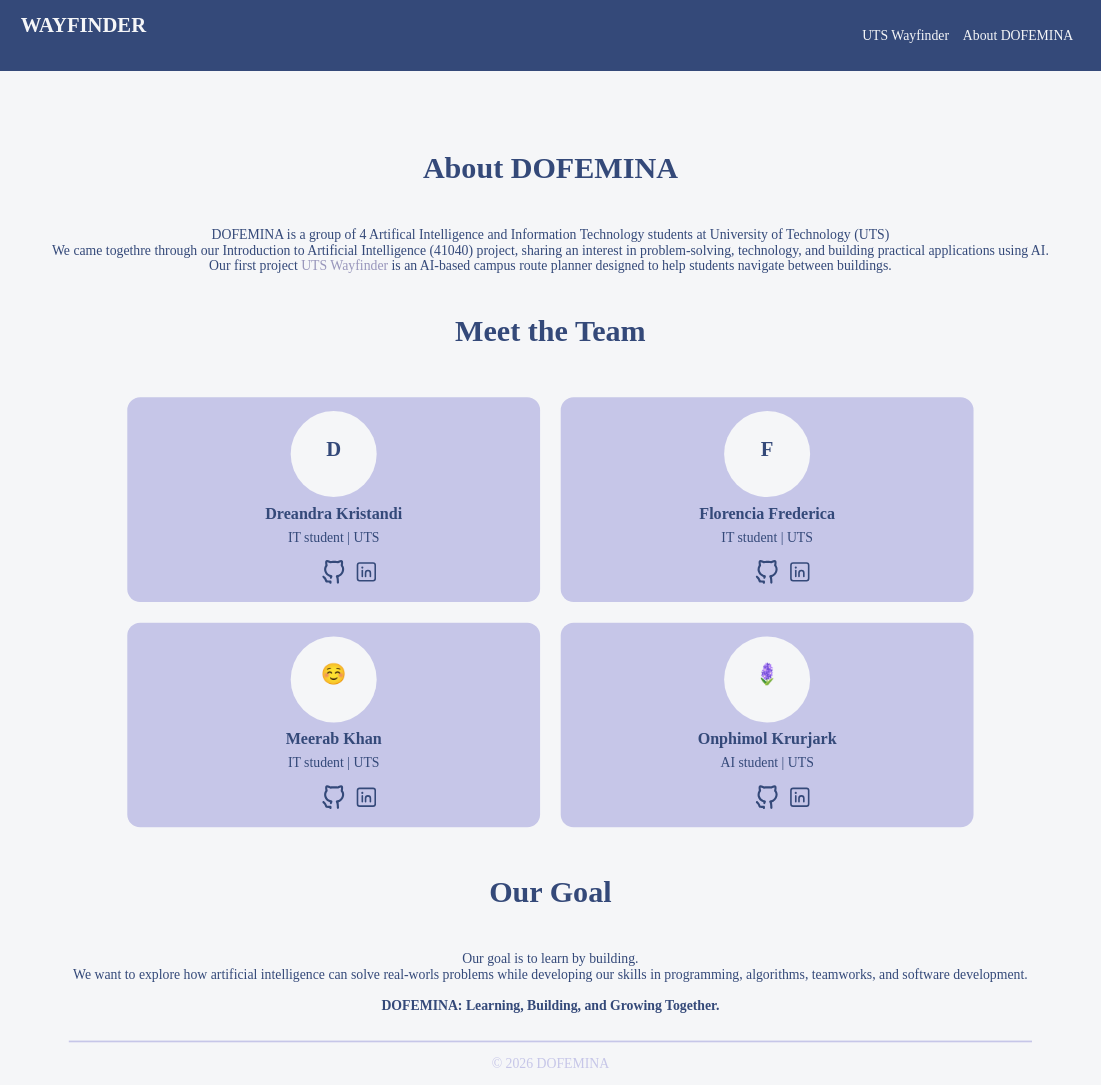
Repository: Meerab-K/uts-wayfinder
Page: html/about.html
An editor plug-in stored every save of this project. The page is shown before and after the next save, followed by the edit.
The browser window is 1280 px wide. The pictures show the whole page, at 86% of full size.
Some web fonts or font styles are not loaded; a fallback is used.

Above is the page before, as saved 2026-10-19 21:37:26.

### html/about.html
<!DOCTYPE html>
<html lang="en">
<head>
    <meta charset="UTF-8">
    <meta name="viewport" content="width=device-width, initial-scale=1.0">
    <title>About DOFEMINA - UTS Wayfinder</title>

    <link rel="stylesheet" href="../css/common.css">
    <link rel="stylesheet" href="../css/about.css">
    <link rel="stylesheet" href="../css/responsive.css">

    <!-- Google Fonts -->
    <link rel="preconnect" href="https://fonts.googleapis.com">
    <link rel="preconnect" href="https://fonts.gstatic.com" crossorigin>
    <link href="https://fonts.googleapis.com/css2?family=Maname&display=swap" rel="stylesheet">

</head>
<body>
    <header>
        <nav class="navbar">
            <h1>WAYFINDER</h1>
            <ul>
                <li><a href="index.html">UTS Wayfinder</a></li>
                <li><a href="about.html">About DOFEMINA</a></li>
            </ul>
        </nav>
    </header>

    <main>
        <h2>About DOFEMINA</h2>
        <div class="content-box">
            <p>DOFEMINA is a group of 4 Artifical Intelligence and Information Technology students at University of Technology (UTS)</p>
            <p>We came togethre through our Introduction to Artificial Intelligence (41040) project, sharing an interest in problem-solving, technology, and building practical applications using AI.</p>
            <p>Our first project <span class="highlight">UTS Wayfinder</span> is an AI-based campus route planner designed to help students navigate between buildings.</p>
        </div>

        <h2>Meet the Team</h2>
        <div class="team-contact">
            <div class="card-holder">
                <div class="profile"><span>D</span></div>
                <h3 class="name">Dreandra Kristandi</h3>
                <div class="bio">IT student | UTS</div>
                <div class="contact-link">
                    <a href=""><span class="github-icon"></span></a>
                    <a href=""><span class="linkedin-icon"></span></a>
                </div>
            </div>
            <div class="card-holder">
                <div class="profile"><span>F</span></div>
                <h3 class="name">Florencia Frederica</h3>
                <div class="bio">IT student | UTS</div>
                <div class="contact-link">
                    <a href=""><span class="github-icon"></span></a>
                    <a href=""><span class="linkedin-icon"></span></a>
                </div>
            </div>
            <div class="card-holder">
                <div class="profile"><span>☺️</span></div>
                <h3 class="name">Meerab Khan</h3>
                <div class="bio">IT student | UTS</div>
                <div class="contact-link">
                    <a href=""><span class="github-icon"></span></a>
                    <a href=""><span class="linkedin-icon"></span></a>
                </div>
            </div>
            <div class="card-holder">
                <div class="profile"><span>🪻</span></div>
                <h3 class="name">Onphimol Krurjark</h3>
                <div class="bio">AI student | UTS</div>
                <div class="contact-link">
                    <a href=""><span class="github-icon"></span></a>
                    <a href=""><span class="linkedin-icon"></span></a>
                </div>
            </div>
        </div>

        <h2>Our Goal</h2>
        <div class="content-box">
            <p>Our goal is to learn by building.</p>
            <p>We want to explore how artificial intelligence can solve real-worls problems while developing our skills in programming, algorithms, teamworks, and software development.</p>
            <p><br><b>DOFEMINA: Learning, Building, and Growing Together.</b></p>
        </div>

    </main>

    <footer>
        <p>&copy; 2026 DOFEMINA </p>
    </footer>
</body>
</html>

### css/common.css
:root {
    /*Background*/
    --background-color: #f5f6f8;
    --primary-color: #344979;
    --secondary-color: #9896BB;

    /*Highlight*/
    --highlight-purple: #c6c6e8;
    --highlight-pink: #f7e5eb;

    /*Font*/
    --font: "Maname", serif;
}

* {
    margin: 0;
    padding: 0;
    font-family: var(--font);
}

body {
    background-color: var(--background-color);
    color: var(--primary-color);
    margin: 0;
    padding: 0;
}

main {
    margin-top: 2rem;
}

footer {
    text-align: center;
    margin: 0 5rem;
    padding: 1rem;
    border-top: 2px solid var(--highlight-purple);
    color: var(--highlight-purple);
}

h2 {
    color: var(--primary-color);
    padding: 1rem;
    font-size: 35px;
}

.navbar {
    background-color: var(--primary-color);
    padding: 1rem;
    margin: 0;
    position: fixed;
    top: 0;
    z-index: 100;
    width: 100%;
    display: flex;
    justify-content: space-between;
    box-sizing: border-box;
}

.navbar h1 {
    color: var(--background-color);
    padding: 0 0 0 0.5rem;
}

.navbar ul {
    list-style-type: none;
    display: flex;
    gap: 1rem;
    margin: 1rem;
}

.navbar a {
    text-decoration: none;
    color: var(--background-color);
}

.navbar a:hover {
    color: var(--highlight-purple);
}

.floating-menu-btn {
    position: fixed;
    bottom: 1rem;
    right: 1rem;
    width: 50px;
    height: 50px;
    background-color: var(--primary-color);
    border-radius: 50%;
    display: flex;
    justify-content: center;
    align-items: center;
    cursor: pointer;
    z-index: 1000;
}

.floating-menu-btn span{
    background-color: var(--background-color);
    width: 30px;
    height: 3px;
}

main {
    margin-top: 10rem;
}

### css/about.css
.highlight {
    color: var(--secondary-color);
}

h2 {
    text-align: center;
}

.content-box {
    padding: 2rem;
    text-align: center;
}

.team-contact {
    display: grid;
    grid-template-columns: repeat(2, 30rem);
    justify-content: center;
    gap: 24px;
    margin: 40px auto;
}

.card-holder {
    background-color: var(--highlight-purple);
    border-radius: 15px;
    padding: 1rem;
    width: 100%;
    box-sizing: border-box;

    display: flex;
    flex-direction: column;
    align-items: center;
    justify-content: center;
    text-align: center;
    gap: 8px;
}

.profile {
    display: flex;
    align-items: center;
    justify-content: center;

    height: 100px;
    width: 100px;
    border-radius: 50%;
    background-color: var(--background-color);

    font-size: 1.5rem;
    font-weight: bold;
    line-height: 1;
    padding: 0;
    box-sizing: border-box;
}

.profile span {
    display: block;
    transform: translate(0, -6px);
    color: var(--primary-color)
}

.contact-link {
    display: inline-flex;
    gap: 0.5rem;
    margin-top: 0.5rem;
    width: 30px;
    height: auto;
}

.github-icon {
    display: inline-block;
    width: 30px;
    height: 30px;

    background-color: var(--primary-color);
    mask: url("../svg/github.svg") center / contain no-repeat;
}

.github-icon:hover {
    background-color: var(--highlight-pink);
}

.linkedin-icon {
    display: inline-block;
    width: 30px;
    height: 30px;

    background-color: var(--primary-color);
    mask: url("../svg/linkedin.svg") center / contain no-repeat;
}

.linkedin-icon:hover {
    background-color: var(--highlight-pink);
}

### css/responsive.css
@media (max-width: 1000px) {
    /*index.html*/
    #map_section {
        display: block;
    }

    #map_section img {
        width: 100%;
        margin: 0;
    }

    #map_section div h2 {
        text-align: center;
    }

    #map_section div table {
        width: 100%;
    }
}

@media (max-width: 800px) {
    main {
        margin-top: 10rem;
    }

    .navbar {
        text-align: center;
        display: block;
    }

    .navbar ul {
        justify-content: center;
        margin-top: 1.5rem;
        padding: 0.5rem;
        border-top: 1px solid var(--secondary-color);
    }

    /*index.html*/
    form select {
        width: 60%;
    }

    /*about.html*/
    .team-contact {
        display: grid;
        grid-template-columns: repeat(1, 400px);
    }
}

### svg/github.svg
<?xml version="1.0" encoding="utf-8"?><!-- Uploaded to: SVG Repo, www.svgrepo.com, Generator: SVG Repo
Mixer Tools -->
<svg width="800px" height="800px" viewBox="0 0 24 24" fill="none" xmlns="http://www.w3.org/2000/svg">
    <path
        d="M4.0744 2.9938C4.13263 1.96371 4.37869 1.51577 5.08432 1.15606C5.84357 0.768899 7.04106 0.949072 8.45014 1.66261C9.05706 1.97009 9.11886 1.97635 10.1825 1.83998C11.5963 1.65865 13.4164 1.65929 14.7213 1.84164C15.7081 1.97954 15.7729 1.97265 16.3813 1.66453C18.3814 0.651679 19.9605 0.71795 20.5323 1.8387C20.8177 2.39812 20.8707 3.84971 20.6494 5.04695C20.5267 5.71069 20.5397 5.79356 20.8353 6.22912C22.915 9.29385 21.4165 14.2616 17.8528 16.1155C17.5801 16.2574 17.3503 16.3452 17.163 16.4167C16.5879 16.6363 16.4133 16.703 16.6247 17.7138C16.7265 18.2 16.8491 19.4088 16.8973 20.4002C16.9844 22.1922 16.9831 22.2047 16.6688 22.5703C16.241 23.0676 15.6244 23.076 15.2066 22.5902C14.9341 22.2734 14.9075 22.1238 14.9075 20.9015C14.9075 19.0952 14.7095 17.8946 14.2417 16.8658C13.6854 15.6415 14.0978 15.185 15.37 14.9114C17.1383 14.531 18.5194 13.4397 19.2892 11.8146C20.0211 10.2698 20.1314 8.13501 18.8082 6.83668C18.4319 6.3895 18.4057 5.98446 18.6744 4.76309C18.7748 4.3066 18.859 3.71768 18.8615 3.45425C18.8653 3.03823 18.8274 2.97541 18.5719 2.97541C18.4102 2.97541 17.7924 3.21062 17.1992 3.49805L16.2524 3.95695C16.1663 3.99866 16.07 4.0147 15.975 4.0038C13.5675 3.72746 11.2799 3.72319 8.86062 4.00488C8.76526 4.01598 8.66853 3.99994 8.58215 3.95802L7.63585 3.49882C7.04259 3.21087 6.42482 2.97541 6.26317 2.97541C5.88941 2.97541 5.88379 3.25135 6.22447 4.89078C6.43258 5.89203 6.57262 6.11513 5.97101 6.91572C5.06925 8.11576 4.844 9.60592 5.32757 11.1716C5.93704 13.1446 7.4295 14.4775 9.52773 14.9222C10.7926 15.1903 11.1232 15.5401 10.6402 16.9905C10.26 18.1319 10.0196 18.4261 9.46707 18.4261C8.72365 18.4261 8.25796 17.7821 8.51424 17.1082C8.62712 16.8112 8.59354 16.7795 7.89711 16.5255C5.77117 15.7504 4.14514 14.0131 3.40172 11.7223C2.82711 9.95184 3.07994 7.64739 4.00175 6.25453C4.31561 5.78028 4.32047 5.74006 4.174 4.83217C4.09113 4.31822 4.04631 3.49103 4.0744 2.9938Z"
        fill="currentColor" />
    <path
        d="M3.33203 15.9454C3.02568 15.4859 2.40481 15.3617 1.94528 15.6681C1.48576 15.9744 1.36158 16.5953 1.66793 17.0548C1.8941 17.3941 2.16467 17.6728 2.39444 17.9025C2.4368 17.9449 2.47796 17.9858 2.51815 18.0257C2.71062 18.2169 2.88056 18.3857 3.05124 18.5861C3.42875 19.0292 3.80536 19.626 4.0194 20.6962C4.11474 21.1729 4.45739 21.4297 4.64725 21.5419C4.85315 21.6635 5.07812 21.7352 5.26325 21.7819C5.64196 21.8774 6.10169 21.927 6.53799 21.9559C7.01695 21.9877 7.53592 21.998 7.99999 22.0008C8.00033 22.5527 8.44791 23.0001 8.99998 23.0001C9.55227 23.0001 9.99998 22.5524 9.99998 22.0001V21.0001C9.99998 20.4478 9.55227 20.0001 8.99998 20.0001C8.90571 20.0001 8.80372 20.0004 8.69569 20.0008C8.10883 20.0026 7.34388 20.0049 6.67018 19.9603C6.34531 19.9388 6.07825 19.9083 5.88241 19.871C5.58083 18.6871 5.09362 17.8994 4.57373 17.2891C4.34391 17.0194 4.10593 16.7834 3.91236 16.5914C3.87612 16.5555 3.84144 16.5211 3.80865 16.4883C3.5853 16.265 3.4392 16.1062 3.33203 15.9454Z"
        fill="currentColor" />
</svg>

### svg/linkedin.svg
<?xml version="1.0" encoding="utf-8"?><!-- Uploaded to: SVG Repo, www.svgrepo.com, Generator: SVG Repo
Mixer Tools -->
<svg width="800px" height="800px" viewBox="0 0 192 192" xmlns="http://www.w3.org/2000/svg"
    fill="none">
    <rect width="132" height="132" x="30" y="30" stroke="currentColor" stroke-width="12" rx="16" />
    <path stroke="currentColor" stroke-linecap="round" stroke-linejoin="round" stroke-width="12"
        d="M66 86v44" />
    <circle cx="66" cy="64" r="8" fill="currentColor" />
    <path stroke="currentColor" stroke-linecap="round" stroke-width="12"
        d="M126 130v-26c0-9.941-8.059-18-18-18v0c-9.941 0-18 8.059-18 18v26" />
</svg>

After the next save:
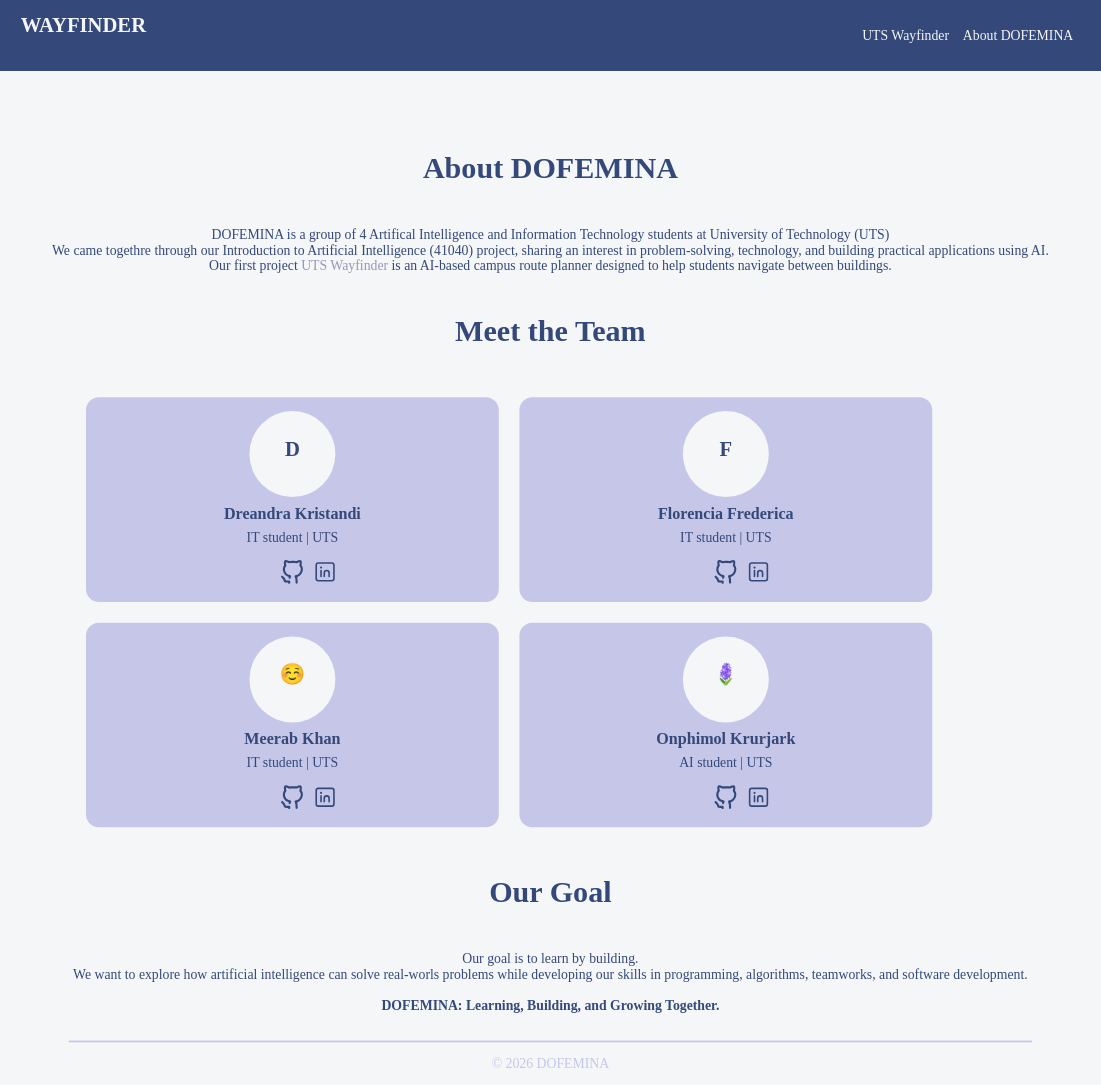
Saved 52 s later.
--- a/css/about.css
+++ b/css/about.css
@@ -32,6 +32,10 @@
     justify-content: center;
     text-align: center;
     gap: 8px;
+}
+
+.card-holder {
+    transform: translateX(-3rem);
 }
 
 .profile {

After the save that followed:
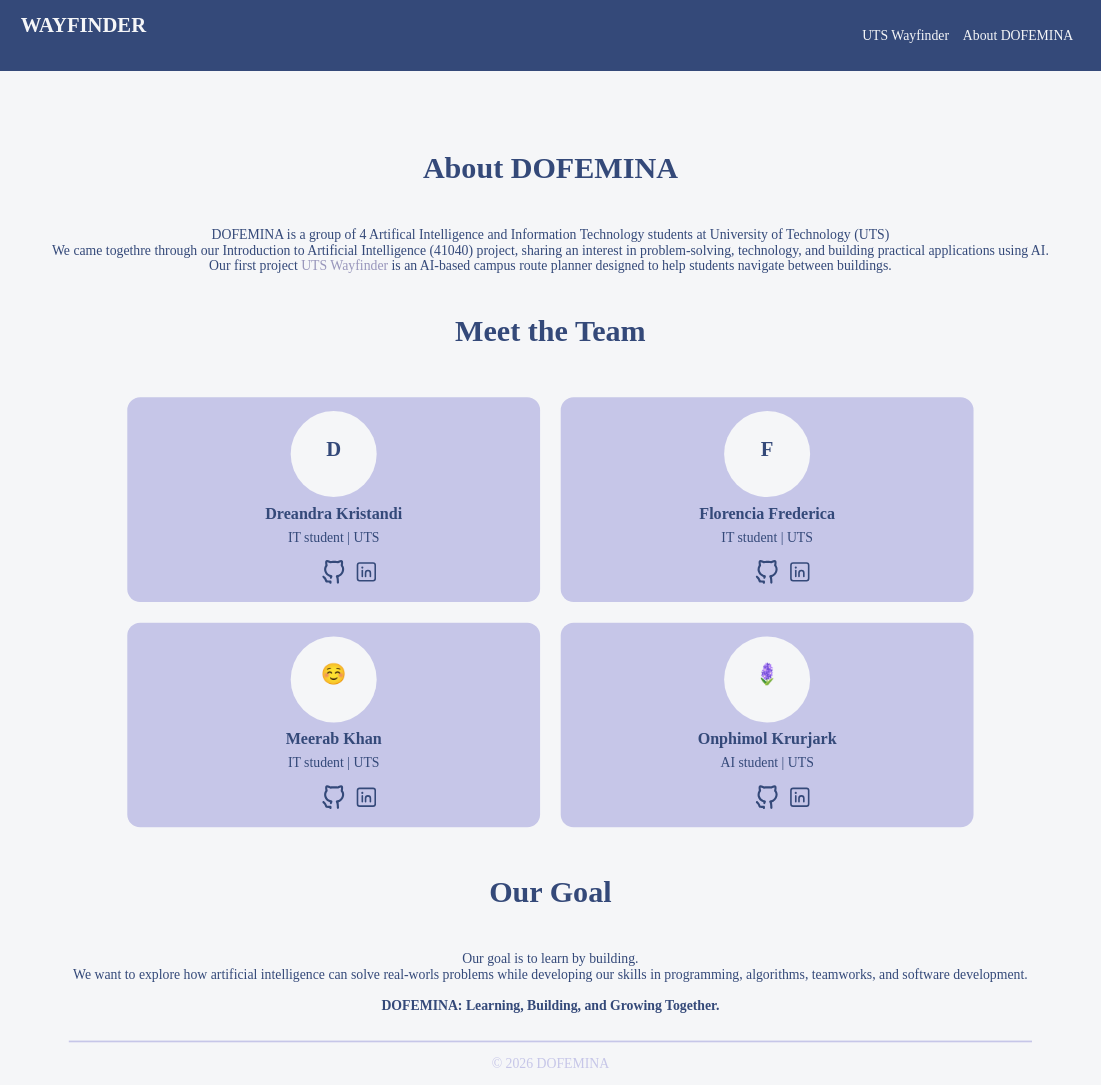
Saved 9 s later.
--- a/css/about.css
+++ b/css/about.css
@@ -32,10 +32,6 @@
     justify-content: center;
     text-align: center;
     gap: 8px;
-}
-
-.card-holder {
-    transform: translateX(-3rem);
 }
 
 .profile {
